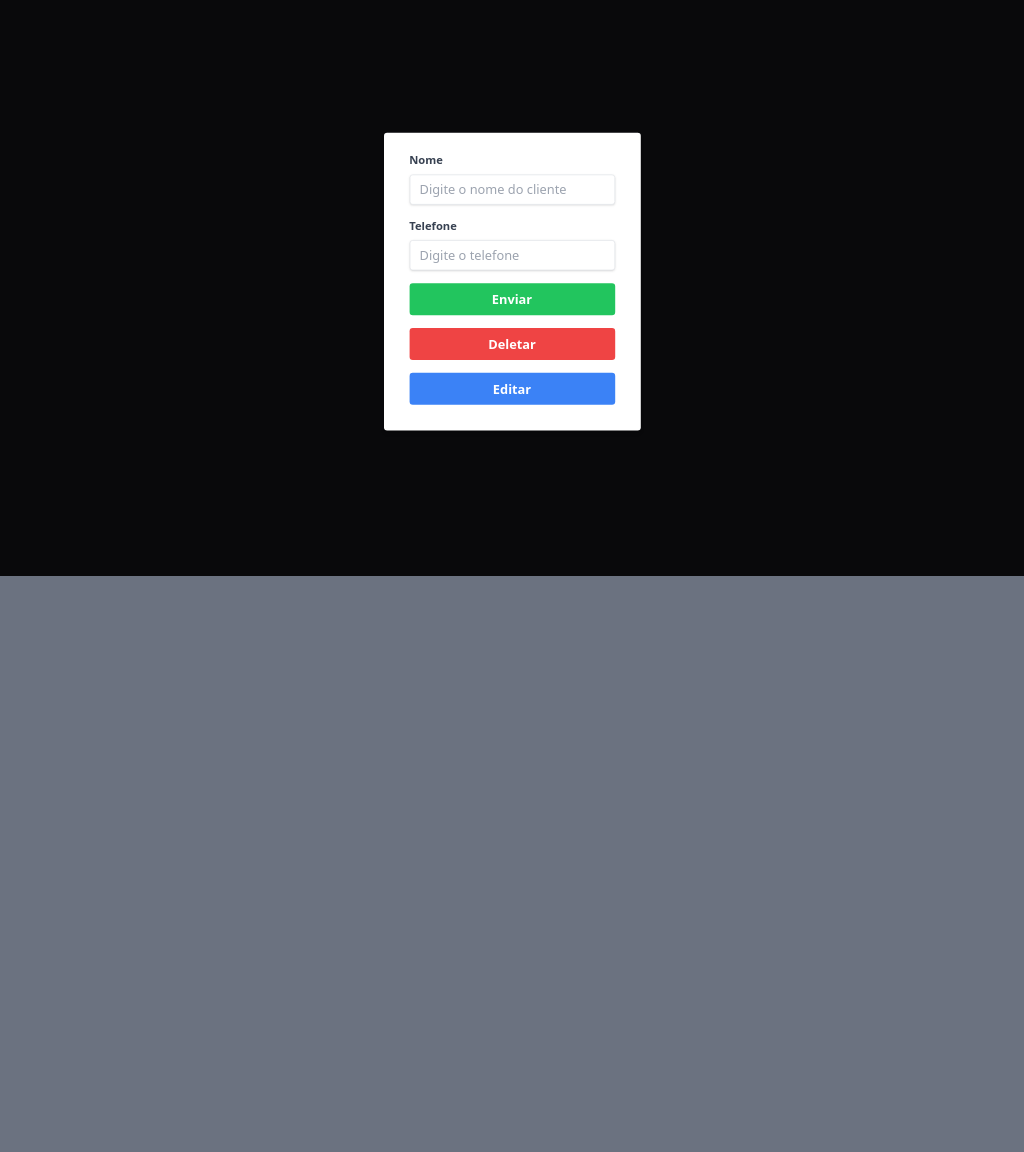
Repository: Gstxxx/sales-manager-laravel
Page: http://localhost/
An editor plug-in stored every save of this project. The page is shown before and after the next save, followed by the edit.
The browser window is 1280 px wide. The pictures show the whole page, at 80% of full size.
The page is served by the project's Laravel application, run on PHP 8.4 with Laravel 12. Style sheets and scripts are compiled from the project's sources, by tool versions that may differ from the author's. Queries for data that is not in the repository find no rows.

Above is the page before, as saved 2024-06-09 03:35:30.

After the next save:
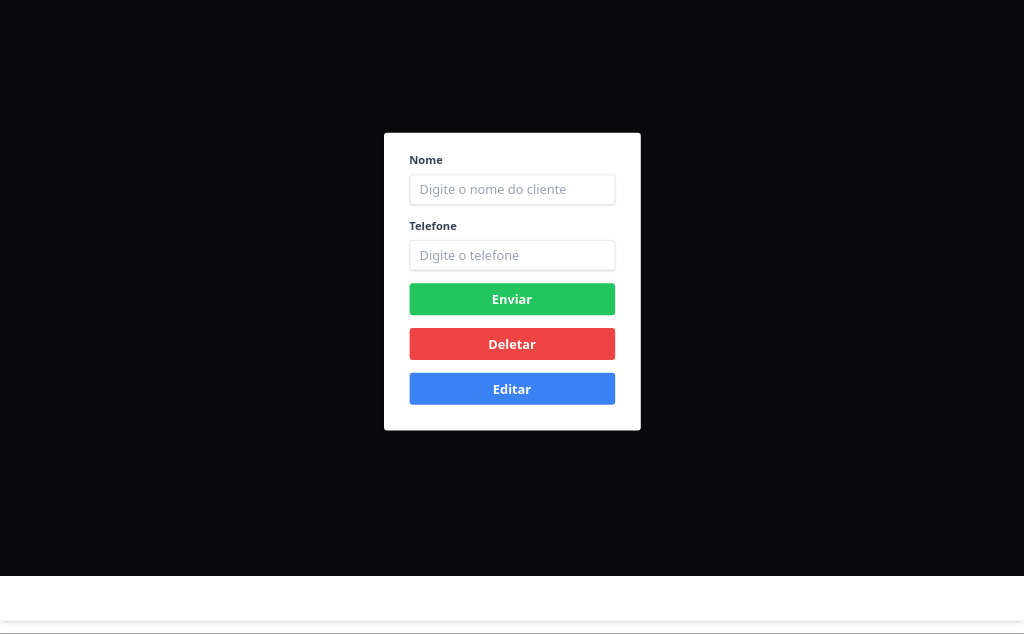
Saved 25 s later.
--- a/resources/views/home.blade.php
+++ b/resources/views/home.blade.php
@@ -51,7 +51,7 @@
         </form>
     </div>
 
-    <div class="bg-gray-500 flex flex-col items-center justify-center min-h-screen">
+    <div class="bg-white shadow-md rounded px-8 pt-6 pb-8 mb-4">
         @foreach ($clients as $result)
             <p>{{ $result['name'] }}</p>
         @endforeach
